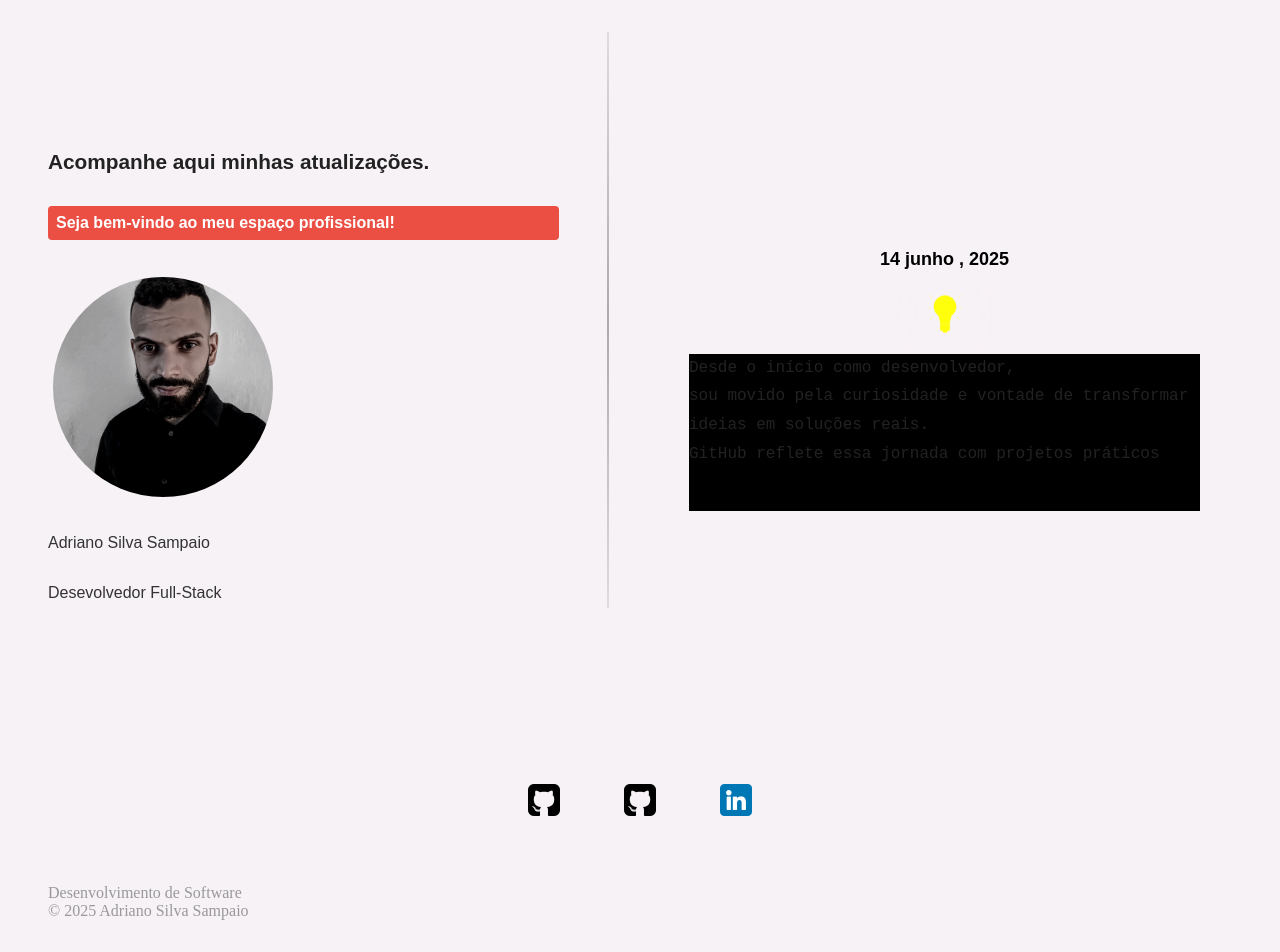
Repository: umdevadriano/portifolio2025
Page: /
The author's editor kept a copy of each file at every save. The page is drawn from the files as they stood at one save, then again after the next save.
The browser window is 1280 px wide. The pictures show the whole page.
The project was rebuilt for these pictures with package versions that can differ from the ones it lists, and the page was loaded fresh each time. Also part of the build but not shown: vite.config.ts.

Above is the page before, as saved 2025-06-29 20:53:41.

### index.html
<!doctype html>
<html lang="en">
  <head>
    <meta charset="UTF-8" />
    <!-- <link rel="icon" type="image/svg+xml" href="/vite.svg" /> -->
    <meta name="viewport" content="width=device-width, initial-scale=1.0" />
    <title>Adriano Silva Sampaio </title>
  </head>
  <body>
    <div id="root"></div>
    <script type="module" src="/src/main.tsx"></script>
  </body>
</html>

### src/App.tsx
import './App.css'
import ContainerPrincipal from './componentes/containerPrincipal/ContainerPrincipal'
function App() {
  return (
    <>
      <ContainerPrincipal/>
    </>
  )
}

export default App

### src/componentes/containerPrincipal/ContainerPrincipal.tsx
import styled, { createGlobalStyle } from 'styled-components';
import Body from '../Body/Body';
import Footer from '../Footer/Footer';
import RedesSociais from '../redesSociais/redesSociais';
import github from '../redesSociais/github.png';
import linkedin from '../redesSociais/linkedin.png';
// import ProfessionalStory from '../ProfessionalStory/ProfessionalStory';

const data = new Date();
const ano = data.getFullYear();
function ContainerPrincipal() {

  const redes = [
    { src: github, link: 'https://github.com/adrianodisam' },
    { src: github, link: 'https://github.com/umdevadriano' },
    { src: linkedin, link: 'https://www.linkedin.com/in/adriano-silva-sampaio/' }
  ];
  const GlobalStyle = createGlobalStyle`
    *, *::before, *::after {
    box-sizing: border-box;
    background-color: #f7f2f6;
    margin: 1rem;
  }

    html, body {
      margin: 0;
      padding: 0;
      overflow-x: hidden;
      width: 100%;
    }
  `;

  const Principal = styled.div`
    display: flex;
    justify-content: center;
    width: 100%;
    height: 100vh;
    font-family: 'Arial', sans-serif;
    overflow: hidden;
    margin: 0;
    padding: 0;

    @media (max-width: 768px) {
      display: flex;
      flex-direction: column;
      justify-items: center;
      justify-content: center;
      align-items: center;
    }


  `;
  return (
    <>
      <GlobalStyle />
      <Principal>
        <Body/>
      </Principal>
      <RedesSociais redes={redes}/>
      {/* <ProfessionalStory/> */}
      <Footer>Desenvolvimento de Software<br />© {ano} Adriano Silva Sampaio</Footer>
    </>
  )
}
export default ContainerPrincipal

### src/componentes/Body/Body.tsx
import Principal from '../Principal/Principal';
import Title from '../Title/Title';
import Banner from '../Banner/Banner';
import ProfileWrapper from '../ProfileWrapper/ProfileWrapper';
import Profile from '../Profile/Profile';
import Role from '../Role/Role';
import Divider from '../Divider/Divider';
import RightSide from '../RightSide/RightSide';
import DateComponente from '../DateComponente/DateComponente';
import EmDesenvolvimento from '../EmDesenvolvimentoWrapper/EmDesenvolvimentoWrapper ';
import LampadaAnimada from '../LampadaAnimada/LampadaAnimada';
const data = new Date();
const dia = String(data.getDate()).padStart(2, '0');
const mes = data.toLocaleString('pt-BR', { month: 'long' });
const ano = data.getFullYear();

function Cabecalho() {
  return (
    <>
      <Principal>
        <Title>Acompanhe aqui minhas atualizações.</Title>
        <Banner>Seja bem-vindo ao meu espaço profissional!</Banner>
        <ProfileWrapper>
          <Profile/>
        </ProfileWrapper>
        <Role> Adriano Silva Sampaio</Role>
        <Role> Desevolvedor  Full-Stack </Role>
      </Principal>
      <Divider />
      <RightSide>
        <DateComponente>{dia}  {mes} , {ano} </DateComponente>
        <LampadaAnimada/>
        <EmDesenvolvimento/>
      </RightSide>
    </>
  )
}
export default Cabecalho

### src/componentes/Footer/Footer.tsx
import styled from 'styled-components';

type Props = {
  children: React.ReactNode;
};

function Footer({ children }: Props){

    const FooterP = styled.p`
        font-size: 1rem;
        color: #999;
        /* margin-top: auto; */
    `;
    const FooterDiv = styled.div`
       display: flex;
       justify-content: left;
       align-items: center;
    `;
    return (
        <>
            <FooterDiv>
                <FooterP>{children}</FooterP>
            </FooterDiv>
        </>
    )
}

export default Footer

### src/componentes/redesSociais/redesSociais.tsx
import styled from 'styled-components';

type RedeSocial = {
  src: string;
  link: string;
};

type Props = {
  redes: RedeSocial[];
};

const RedesSociaisDiv = styled.div`
  flex: 1;
  display: flex;
  justify-content: center;
  align-items: center;

  img {
    width: 2rem;
    height: 2rem;
    object-fit: contain;
    transition: transform 0.2s;
  }

  a:hover img {
    transform: scale(1.1);
  }
`;

function RedesSociais({ redes }: Props) {
  return (
    <RedesSociaisDiv>
      {redes.map((rede, index) => (
        <a
          key={index}
          href={rede.link}
          target="_blank"
          rel="noopener noreferrer"
        >
          <img src={rede.src} alt={`Ícone ${index + 1}`} />
        </a>
      ))}
    </RedesSociaisDiv>
  );
}

export default RedesSociais;

### src/componentes/Principal/Principal.tsx
import styled from 'styled-components';

type Props = {
  children: React.ReactNode;
};

function Principal({ children }: Props){

    const Principal_div = styled.div`
        flex: 1;
        display: flex;
        flex-direction: column;
        justify-content: center;
    `;
    return (
        <>
        <Principal_div>  {children}</Principal_div>
        </>
    )
}

export default Principal

### src/componentes/Title/Title.tsx
import styled from 'styled-components';

type Props = {
  children: React.ReactNode;
};

function Title({ children }: Props){

    const TitleH2 = styled.h2`
        font-size: 1.3rem;
        margin-bottom: 1rem;
        color: #222;

        @media (max-width: 768px) {
          margin-top: 5rem;
        }
  `;
    return (
        <>
        <TitleH2>{children}</TitleH2>
        </>
    )
}

export default Title

### src/componentes/Banner/Banner.tsx
import styled from 'styled-components';

type Props = {
  children: React.ReactNode;
};

function Banner({ children }: Props){

    const BannerDiv = styled.div`
        background-color: #eb4f44;
        color: white;
        padding: 0.5rem;
        font-weight: bold;
        font-size: 16px;
        display: inline-block;
        border-radius: 4px;
    `;
    return (
        <>
        <BannerDiv>{children}</BannerDiv>
        </>
    )
}

export default Banner

### src/componentes/ProfileWrapper/ProfileWrapper.tsx
import styled from 'styled-components';

type Props = {
  children: React.ReactNode;
};

function ProfileWrapper({ children }: Props){

  // Wrapper da imagem com efeito de borda girando
  const ProfileWrapperDiv = styled.div`
    position: relative;
    width: 230px;
    height: 230px;
    display: flex;
    align-items: center;
    margin-top:1rem;
    justify-content: center;
  `;

    return (
        <>
        <ProfileWrapperDiv>{children}</ProfileWrapperDiv>
        </>
    )
}

export default ProfileWrapper

### src/componentes/Profile/Profile.tsx
import styled from 'styled-components';
import foto from '../assets/foto2.png'

function Profile(){

    const ProfileImg = styled.img`
        width: 220px;
        height: 220px;
        border-radius: 50%;
        object-fit: cover;
        background-color: white;
        z-index: 1;
        filter: grayscale(60%) contrast(110%);
        @media (max-width: 768px) {
            width: 200px;
            height: 200px;
        }
        @media (max-width: 480px) {
            width: 200px;
            height: 200px;
        }
    `;
    return (
        <>
        <ProfileImg src={foto} alt="Foto de perfil"></ProfileImg>
        </>
    )
}

export default Profile

### src/componentes/Role/Role.tsx
import styled from 'styled-components';

type Props = {
  children: React.ReactNode;
};

function Role({ children }: Props){
    const RoleP = styled.p`
        font-size: 16px;
        font-weight: 500;
        color: #333;
    `;
    return (
        <>
        <RoleP>{children}</RoleP>
        </>
    )
}
export default Role

### src/componentes/Divider/Divider.tsx
import styled from 'styled-components';

function Divider(){

    const DividerDiv = styled.div`
        width: 2px;
        height: 80%;
        background: linear-gradient(
            to bottom,
            rgba(0, 0, 0, 0.1),
            rgba(0, 0, 0, 0.3),
            rgba(0, 0, 0, 0.1)
        );
        border-radius: 1px;
        position: relative;
        overflow: hidden;
        &::after {
            content: "";
            position: absolute;
            top: 0;
            left: 0;
            width: 100%;
            height: 100%;
            background: linear-gradient(
                to bottom,
                transparent 40%,
                rgba(255, 255, 255, 0.7) 50%,
                transparent 60%
            );
                animation: shine 3.8s linear infinite;
                pointer-events: none;
         }

        @keyframes shine {
            0% {
            transform: translateY(-100%);
            }
            100% {
            transform: translateY(100%);
            }
        }
    `;
    return (
        <>
        <DividerDiv></DividerDiv>
        </>
    )
}

export default Divider

### src/componentes/RightSide/RightSide.tsx
import styled from 'styled-components';
type Props = {
  children: React.ReactNode;
};

function RightSide({ children }: Props){
    const RightSideDiv = styled.div`
        flex: 1;
        padding: 2rem;
        display: flex;
        flex-direction: column;
        justify-content: center;
        align-items: center;
    `;

    return (
        <>
        <RightSideDiv>{children}</RightSideDiv>
        </>
    )
}

export default RightSide

### src/componentes/DateComponente/DateComponente.tsx
import styled from 'styled-components';
type Props = {
  children: React.ReactNode;
};
function Date({ children }: Props){
    const DateP = styled.p`
        font-size: 18px;
        font-weight: bold;
        margin-bottom: 12px;
        padding: 0.5rem;
    `;
    return (
        <>
        <DateP>{children}</DateP>
        </>
    )
}
export default Date

### src/componentes/EmDesenvolvimentoWrapper/EmDesenvolvimentoWrapper .tsx
import  { useEffect, useState } from 'react';
import styled from 'styled-components';

const texto = `Desde o início como desenvolvedor,
 sou movido pela curiosidade e vontade de transformar ideias em soluções reais.
Meu GitHub reflete essa jornada com projetos práticos e focados em evolução contínua.
`;

const linhas = texto.split('\n').map(l => l.trim());

const Container = styled.div`
  /* background: #f4f4f4; */
  /* padding: 24px; */
    /* max-width: 90%;
    height: 100%; */
    position: relative;
    display: flex;
    flex-direction: column;
  /* margin: 40px auto; */
  border-radius: 12px;
  font-family: 'Courier New', Courier, monospace;
  font-size: 1rem;
  color: #222;
  line-height: 1.8;
`;

const Linha = styled.p`
  margin: 0;
  /* padding: 1rem; */
  background-color: black;
  /* margin-bottom: 2rem; */
`;

const Cursor = styled.span`
  display: inline-block;
  width: 1ch;
  border-right: 2px solid #333;
  animation: blink 0.8s steps(1) infinite;

  @keyframes blink {
    50% {
      border-color: transparent;
    }
  }
`;

export default function EmDesenvolvimento() {
  const [linhasDigitadas, setLinhasDigitadas] = useState<string[]>([]);
  const [linhaAtual, setLinhaAtual] = useState(0);
  const [palavrasDigitadas, setPalavrasDigitadas] = useState<string[]>([]);

  useEffect(() => {
    if (linhaAtual >= linhas.length) return;

    const palavras = linhas[linhaAtual].split(' ');
    let index = 0;

    const intervalo = setInterval(() => {
      setPalavrasDigitadas((prev) => [...prev, palavras[index]]);
      index++;

      if (index >= palavras.length) {
        clearInterval(intervalo);
        setTimeout(() => {
          setLinhasDigitadas((prev) => [...prev, palavras.join(' ')]);
          setPalavrasDigitadas([]);
          setLinhaAtual((prev) => prev + 1);
        }, 600); // pausa entre as linhas
      }
    }, 180); // tempo entre cada palavra

    return () => clearInterval(intervalo);
  }, [linhaAtual]);

  return (
    <Container>
      {linhasDigitadas.map((linha, i) => (
        <Linha key={i}>{linha}</Linha>
      ))}

      {linhaAtual < linhas.length && (
        <Linha>
          {palavrasDigitadas.join(' ')} <Cursor />
        </Linha>
      )}
    </Container>
  );
}

### src/componentes/LampadaAnimada/LampadaAnimada.tsx
import React from "react";
import styled, { keyframes } from "styled-components";

interface LuzProps {
  className?: string;
}

const glowAnimation = keyframes`
  0%, 100% {
    filter: url(#glow);
    opacity: 0.5;
  }
  50% {
    filter: url(#glow);
    opacity: 1;
  }
`;

const SvgLamp = styled.svg`
  width: 3rem;
  height: 3rem;
  cursor: pointer;
  display: block;
  margin: 0 auto;
  animation: ${glowAnimation} 4s ease-in-out infinite;
  background-color: #f7f2f6;

  .st0 {
   fill:#ffff00;
     stroke-width: 10;
  }
  .st1 {
     stroke: #ffff00;
    stroke-width: 10;
    fill: none;
    transition: stroke 0.3s ease;
  }
`;

const LampadaAnimada: React.FC<LuzProps> = ({ className }) => {
  return (
    <SvgLamp
      xmlns="http://www.w3.org/2000/svg"
      viewBox="0 0 1920 1920"
      className={className}
    >
      <defs>
        <filter id="glow" height="200%" width="200%" x="-50%" y="-50%">
          <feDropShadow
            dx="0"
            dy="0"
            stdDeviation="20"
            floodColor="#f7f2f6"
            floodOpacity="0.7"
          />
        </filter>
      </defs>

      <path
        className="st0"
        d="M1407.3 664.2c0 73.7-17.8 143.3-49.4 204.6-31.6 61.3-76.9 114.4-131.9 155.1 0 0-78 193.7-78 344.1H772.1c0-75.2-19.5-161.2-39-228.4-19.5-67.2-39-115.6-39-115.6-110-81.5-181.4-212.3-181.4-359.7C512.7 417.3 713 217 960 217s447.3 200.2 447.3 447.2z"
      />
      <path
        className="st0"
        d="M1057.3 1615.8v23.7c0 35-28.6 63.6-63.6 63.6h-67.5c-35 0-63.6-28.6-63.6-63.6v-23.7h194.7zm-285.2-82.6v82.6h375.4v-82.6H772.1zm0-82.6v82.6h375.3v-82.6H772.1zM960 1368H772.1v82.6h375.3V1368H960z"
      />
      <g>
        <g>
          <path
            className="st1"
            d="M1147.5 1368h.4c0-150.3 78-344.1 78-344.1 55-40.7 100.4-93.8 131.9-155.1 31.6-61.3 49.4-130.9 49.4-204.6 0-247-200.3-447.3-447.3-447.3S512.7 417.2 512.7 664.2c0 147.4 71.3 278.2 181.4 359.7 0 0 19.5 48.4 39 115.6 19.5 67.2 39 153.2 39 228.4h375.4z"
          />
          <path className="st1" d="M772.1 1368v247.8h375.4V1368" />
          <path className="st1" d="M772.1 1450.6h375.4" />
          <path className="st1" d="M772.1 1533.2h375.4" />
          <path
            className="st1"
            d="M862.7 1615.8v23.7c0 35 28.6 63.6 63.6 63.6h67.5c35 0 63.6-28.6 63.6-63.6v-23.7"
          />
          <path className="st1" d="M267.3 722.8h96" />
          <path className="st1" d="M498.3 1052.8l-160.5 160.5" />
          <path className="st1" d="M448.8 341.8L315.3 208.2" />
          <path className="st1" d="M1652.7 722.8h-96" />
          <path className="st1" d="M1421.7 1052.8l160.5 160.5" />
          <path className="st1" d="M1471.2 341.8l133.5-133.6" />
        </g>
      </g>
    </SvgLamp>
  );
};

export default LampadaAnimada;

Loaded but not shown: src/main.tsx (common file); src/App.css (no stored copy; drawn as an empty file); src/index.css (no stored copy; drawn as an empty file)

After the next save:
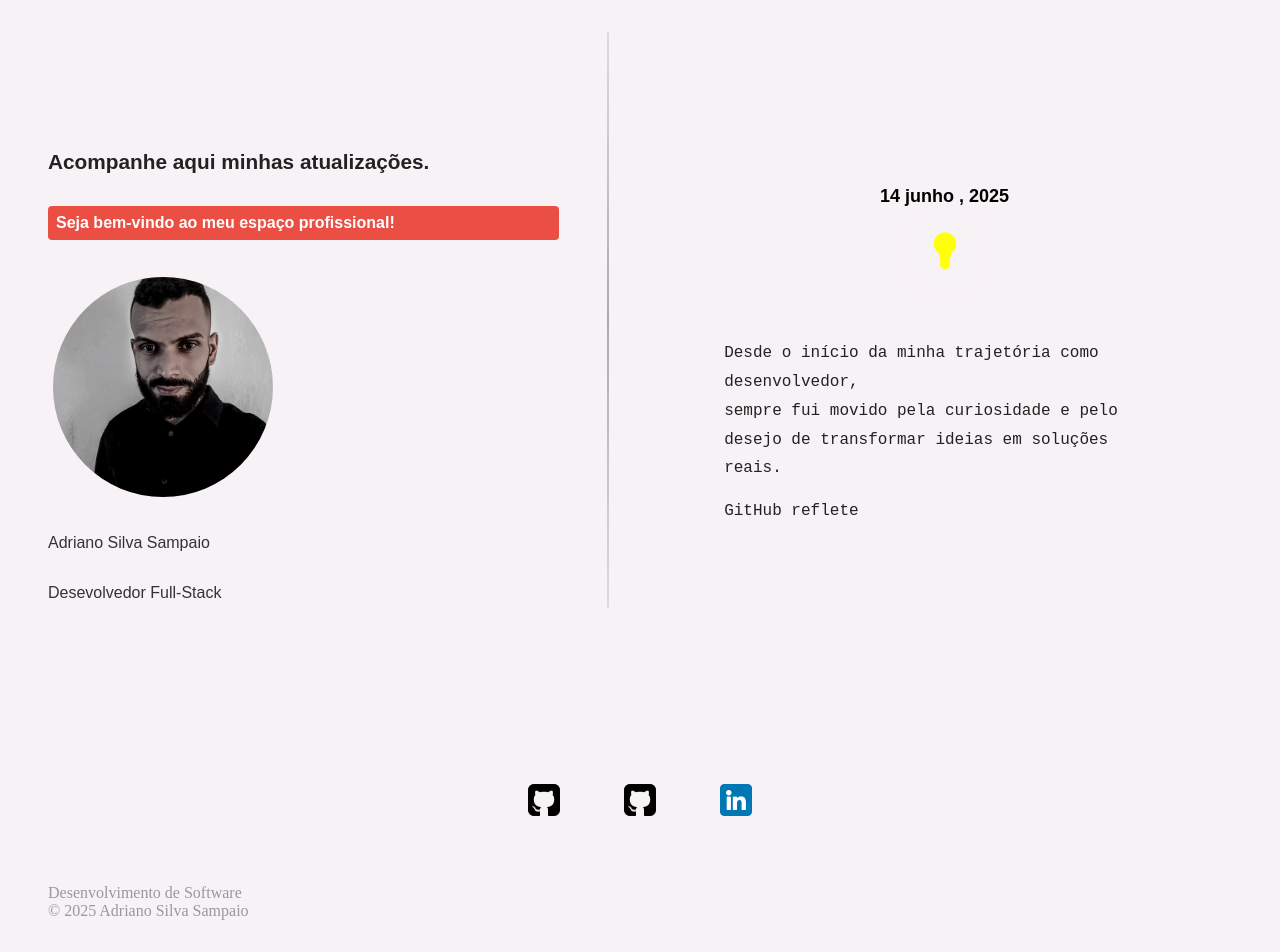
Saved 9 s later.
--- a/src/componentes/EmDesenvolvimentoWrapper/EmDesenvolvimentoWrapper .tsx
+++ b/src/componentes/EmDesenvolvimentoWrapper/EmDesenvolvimentoWrapper .tsx
@@ -1,22 +1,18 @@
 import  { useEffect, useState } from 'react';
 import styled from 'styled-components';
 
-const texto = `Desde o início como desenvolvedor,
- sou movido pela curiosidade e vontade de transformar ideias em soluções reais.
-Meu GitHub reflete essa jornada com projetos práticos e focados em evolução contínua.
-`;
+const texto = `Desde o início da minha trajetória como desenvolvedor,
+sempre fui movido pela curiosidade e pelo desejo de transformar ideias em soluções reais.
+Meu GitHub reflete essa caminhada: uma coleção de projetos que resolvem problemas práticos,
+otimizam processos e demonstram meu comprometimento com a evolução contínua.`;
 
 const linhas = texto.split('\n').map(l => l.trim());
 
 const Container = styled.div`
   /* background: #f4f4f4; */
-  /* padding: 24px; */
-    /* max-width: 90%;
-    height: 100%; */
-    position: relative;
-    display: flex;
-    flex-direction: column;
-  /* margin: 40px auto; */
+  padding: 24px;
+  max-width: 90%;
+  margin: 40px auto;
   border-radius: 12px;
   font-family: 'Courier New', Courier, monospace;
   font-size: 1rem;
@@ -26,9 +22,6 @@ const Container = styled.div`
 
 const Linha = styled.p`
   margin: 0;
-  /* padding: 1rem; */
-  background-color: black;
-  /* margin-bottom: 2rem; */
 `;
 
 const Cursor = styled.span`
